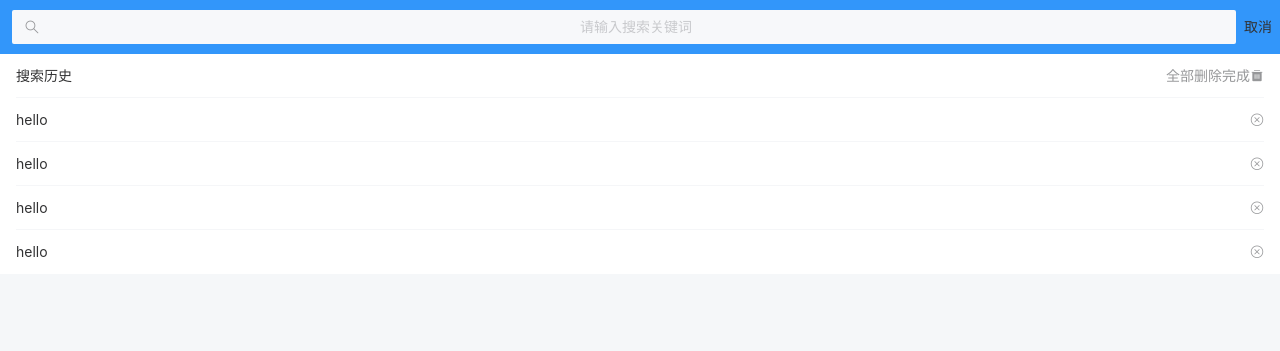
Repository: liuliumm/hmtt60
Page: /#/search
The author's editor kept a copy of each file at every save. The page is drawn from the files as they stood at one save, then again after the next save.
The browser window is 1280 px wide. The pictures show the whole page.
The project was rebuilt for these pictures with package versions that can differ from the ones it lists, and the page was loaded fresh each time. Also part of the build but not shown: vue.config.js, src/utils/request.js, src/api/search.js, src/views/search/components/search-suggestion.vue, src/views/search/components/search-result.vue.

Above is the page before, as saved 2023-02-17 00:30:44.

After the next save:
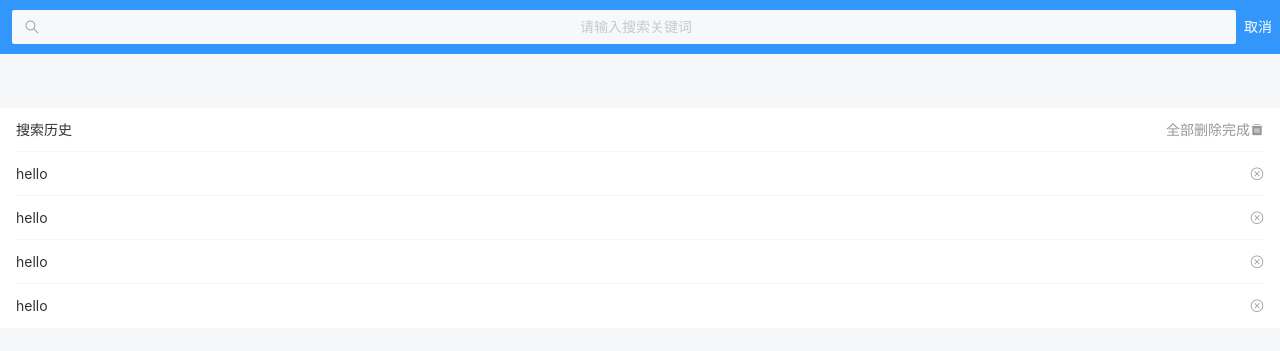
Saved 3 min 55 s later.
--- a/src/views/search/index.vue
+++ b/src/views/search/index.vue
@@ -6,7 +6,7 @@
         background="#3296fa"
         @search="onSearch"	输入搜索关键字，敲回车之后触发搜索事件
         @cancel="onCancel" 点击取消按钮，触发cancel事件 -->
-    <form action="/">
+    <form action="/" class="search-form">
       <van-search
         v-model="searchText"
         show-action
@@ -74,4 +74,17 @@ export default {
 // .search-btn{
 //     background-color: #1989fa;
 // }
+.search-container {
+  padding-top: 108px;
+  .van-search__action {
+    color: #fff;
+  }
+  .search-form {
+    position: fixed;
+    top: 0;
+    left: 0;
+    right: 0;
+    z-index: 1;
+  }
+}
 </style>
